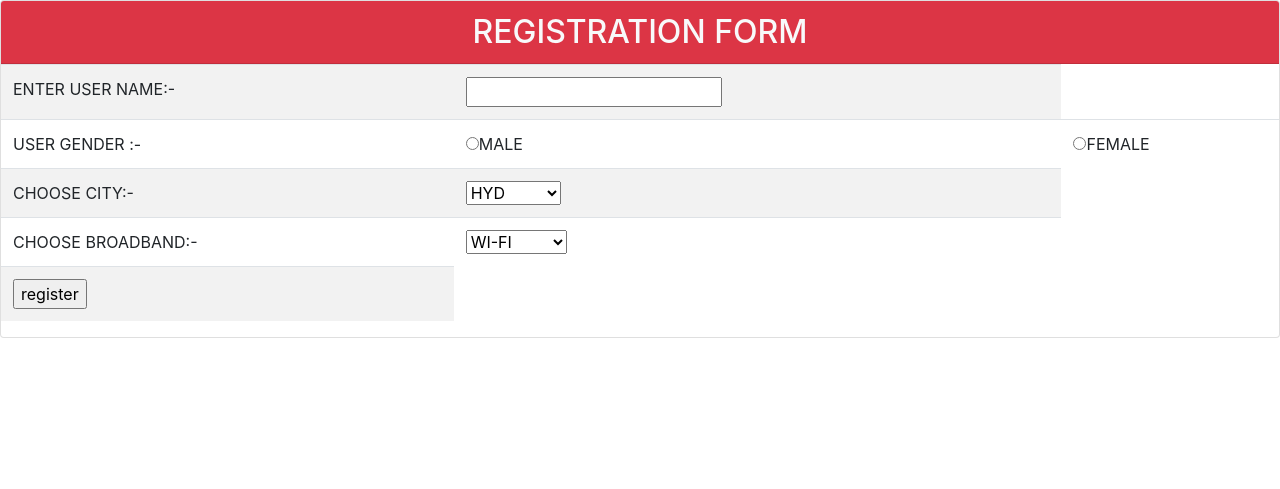
Repository: REDDI-BHARGAV/project
Page: PROJECT/src/main/webapp/src/main/webapp/WEB-INF/form.html
An editor plug-in stored every save of this project. The page is shown before and after the next save, followed by the edit.
The browser window is 1280 px wide. The pictures show the whole page.

Above is the page before, as saved 2022-07-26 07:16:05.

After the next save:
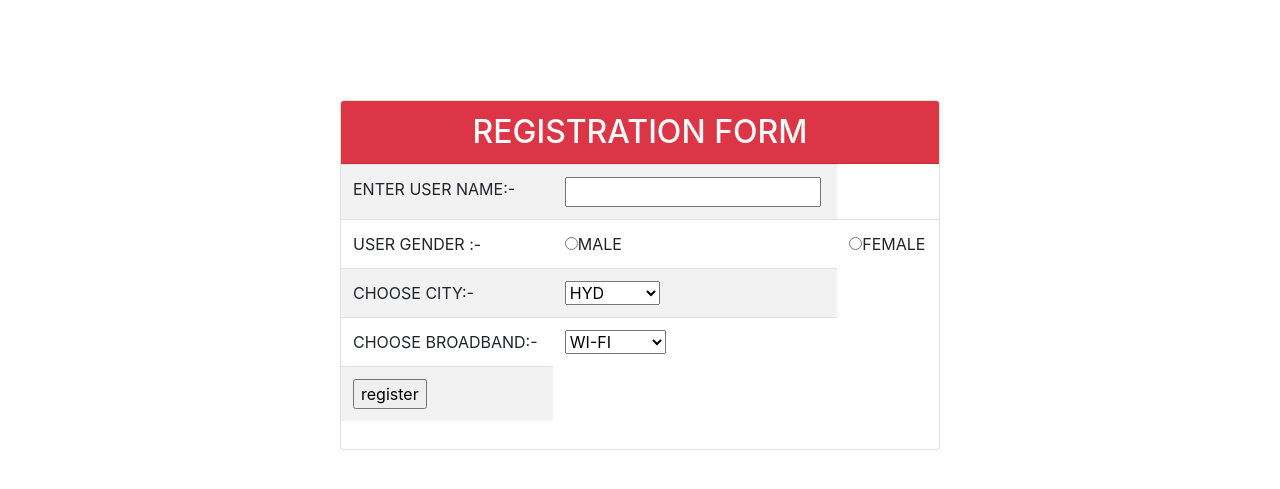
Saved 22 s later.
--- a/PROJECT/src/main/webapp/src/main/webapp/WEB-INF/form.html
+++ b/PROJECT/src/main/webapp/src/main/webapp/WEB-INF/form.html
@@ -4,7 +4,7 @@
 <meta charset="ISO-8859-1">
 <title>Insert title here</title>
 <style>
-#div{
+div{
 height:350px;
 width:600px;
 margin:auto;
